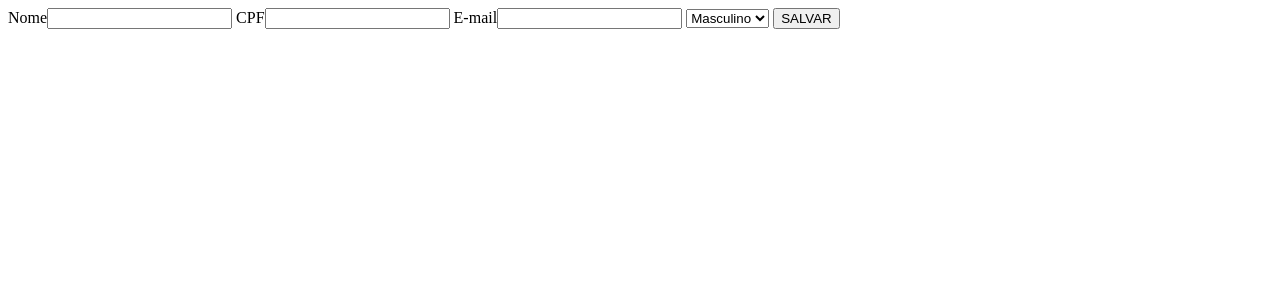
Repository: BrunoFBI/LED-2019
Page: http://localhost/les12015-web/CadastroCliente.jsp
An editor plug-in stored every save of this project. The page is shown before and after the next save, followed by the edit.
The browser window is 1280 px wide. The pictures show the whole page.
The page is served by Tomcat 9.

Above is the page before, as saved 2019-02-12 17:09:47.

After the next save:
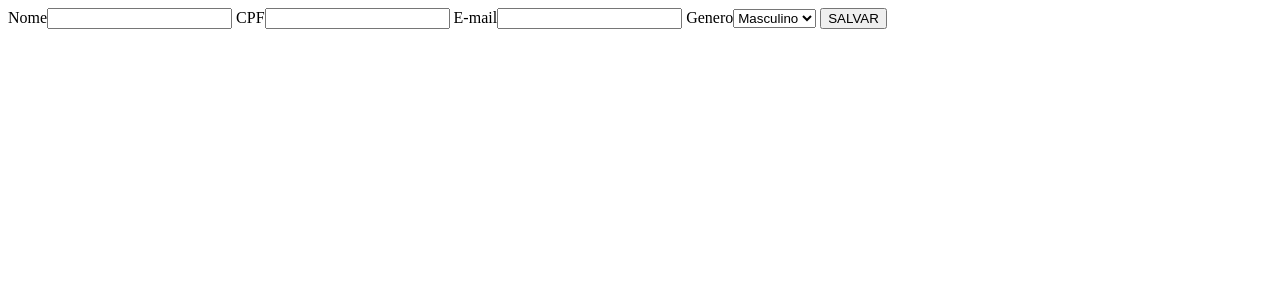
Saved 15 s later.
--- a/les12015-web/WebContent/CadastroCliente.jsp
+++ b/les12015-web/WebContent/CadastroCliente.jsp
@@ -13,7 +13,7 @@
 		Nome<input type="text" id="txtNome" name="txtNome"/>
 		CPF<input type="text" id="txtCpf" name="txtCpf"/>
 		E-mail<input type="text" id="email" name="email"/>
-		<select id="gender" name="gender">
+		Genero<select id="gender" name="gender">
 		  <option value="volvo">Masculino</option>
 		  <option value="volvo">Feminino</option>
 		  <option value="volvo">Outros</option>
